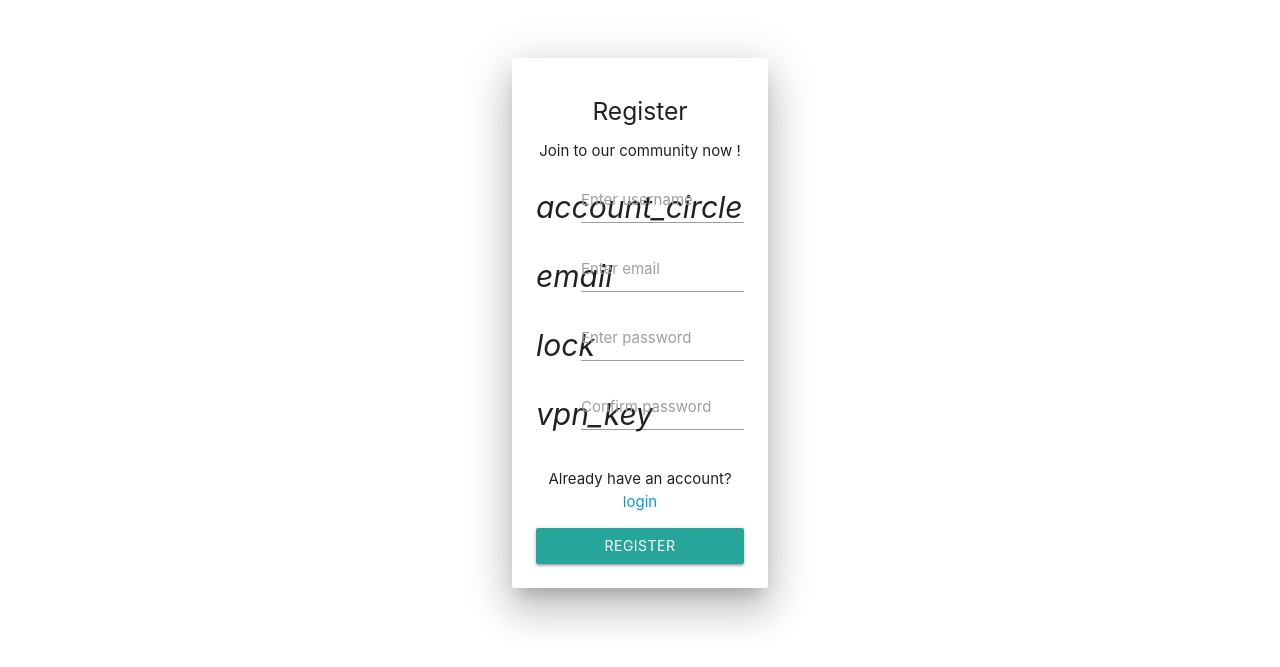
Repository: luizasilveira/TechWeb
Page: http://localhost/techWebP1/login.jsp
These files come from the project's save history. The page is drawn as it stood at one moment and after the next save; the edit follows.
The browser window is 1280 px wide. The pictures show the whole page.
The page is served by Tomcat 9.

Above is the page before, as saved 2019-09-10 11:51:21.

After the next save:
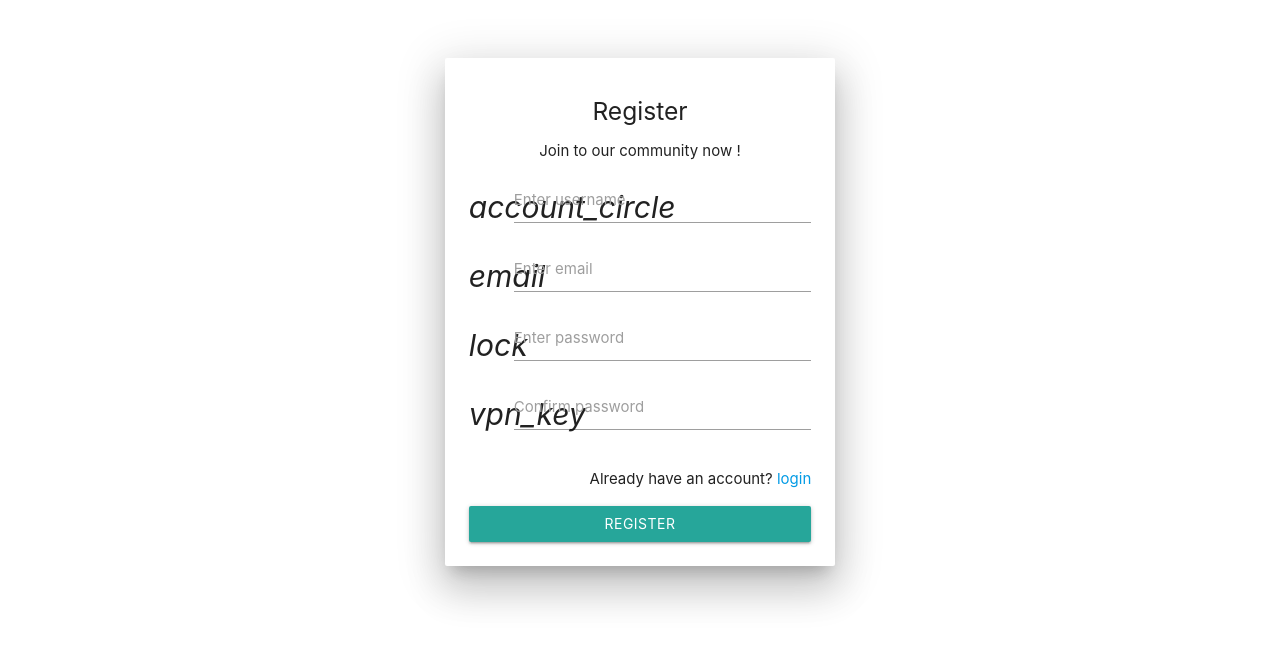
Saved 39 s later.
--- a/Projeto1/techWebP1/WebContent/login.jsp
+++ b/Projeto1/techWebP1/WebContent/login.jsp
@@ -14,7 +14,7 @@
 
 <style>
 body {
-  width: 70%;
+  width: 100%;
   margin: auto;
   padding: 50px;
   text-align: center;
